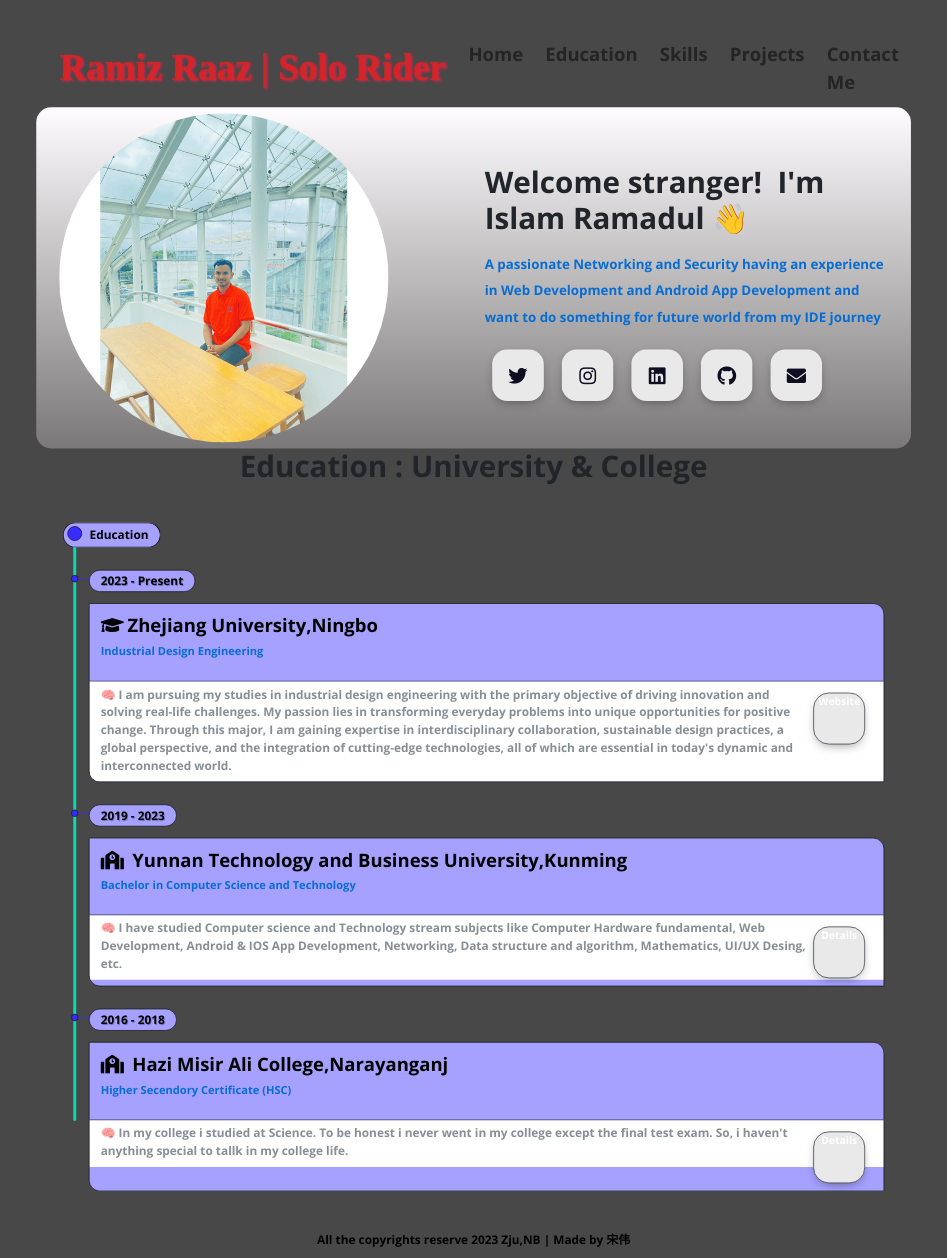
Repository: ramizraaz/ZjuProtfolio
Page: index.html
An editor plug-in stored every save of this project. The page is shown before and after the next save, followed by the edit.
The browser window is 1280 px wide. The pictures show the whole page, at 74% of full size.
Some web fonts or font styles are not loaded; a fallback is used. Some web libraries are served in a nearby version.

Above is the page before, as saved 2023-10-08 18:42:41.

### index.html
<!DOCTYPE html>
<html lang="en" dir="ltr">

<head>
    <meta charset="utf-8">
    <meta name="viewport" content="width=device-width,initial-scale=1">
    <title>宋伟's Profile | Personal website</title>
    <link rel="icon" href="Image/RR.png">
    <link rel="stylesheet" href="https://stackpath.bootstrapcdn.com/bootstrap/4.5.0/css/bootstrap.min.css" integrity="sha384-9aIt2nRpC12Uk9gS9baDl411NQApFmC26EwAOH8WgZl5MYYxFfc+NcPb1dKGj7Sk" crossorigin="anonymous">
    <link rel="stylesheet" href="style.css">
    <link href="https://fonts.googleapis.com/css2?family=Arizonia&family=Montserrat:wght@400;800&display=swap" rel="stylesheet">
    <link href="https://fonts.googleapis.com/css2?family=Open+Sans:wght@700&display=swap" rel="stylesheet">
    <link rel="stylesheet" href="https://use.fontawesome.com/releases/v5.4.1/css/all.css" />
    <link rel="stylesheet" href="https://cdnjs.cloudflare.com/ajax/libs/font-awesome/5.13.1/css/all.min.css">
    <script src="https://code.jquery.com/jquery-3.5.1.slim.min.js" integrity="sha384-DfXdz2htPH0lsSSs5nCTpuj/zy4C+OGpamoFVy38MVBnE+IbbVYUew+OrCXaRkfj" crossorigin="anonymous"></script>
    <script src="https://cdn.jsdelivr.net/npm/popper.js@1.16.0/dist/umd/popper.min.js" integrity="sha384-Q6E9RHvbIyZFJoft+2mJbHaEWldlvI9IOYy5n3zV9zzTtmI3UksdQRVvoxMfooAo" crossorigin="anonymous"></script>
    <script src="https://stackpath.bootstrapcdn.com/bootstrap/4.5.0/js/bootstrap.min.js" integrity="sha384-OgVRvuATP1z7JjHLkuOU7Xw704+h835Lr+6QL9UvYjZE3Ipu6Tp75j7Bh/kR0JKI" crossorigin="anonymous"></script>
</head>

<body class="container-fluid body_section">
    <header>
        <nav class="navbar navbar-expand-lg navbar-light ">
            <a class="navbar-brand brand-name" href="#">Ramiz Raaz | Solo Rider</a>
            <button class="navbar-toggler" type="button" data-toggle="collapse" data-target="#navbarSupportedContent" aria-controls="navbarSupportedContent" aria-expanded="false" aria-label="Toggle navigation">
                  <span class="navbar-toggler-icon"></span>
                </button>
            <div class="collapse navbar-collapse" id="navbarSupportedContent">
                <ul class="navbar-nav ml-auto">
                    <li class="nav-item">
                        <a class="nav-link headerachor" href="index.html">Home</a>
                    </li>

                    <li class="nav-item">
                        <a class="nav-link headerachor" href="#Education">Education</a>
                    </li>
                    <li class="nav-item">
                        <a class="nav-link headerachor" href="">Skills</a>
                    </li>
                    <li class="nav-item">
                        <a class="nav-link headerachor" href="">Projects</a>
                    </li>
                    <li class="nav-item">
                        <a class="nav-link headerachor" href="">Contact Me</a>
                    </li>
                </ul>
        </nav>
    </header>
    <!-- Intro Section -->
    <section id="Home">
        <div class="row column1">
            <div class="col-lg-6 col-md-6 first-image">
                <img class="boyimage" src="img/me.gif" alt="">
            </div>
            <div class="col-lg-6 section-1">
                <h1 class="Hello">Welcome stranger!&nbsp&nbspI'm Islam Ramadul <span class="wave">👋</span></h1>
                <p>A passionate Networking and Security having an experience in Web Development and Android App Development and want to do something for future world from my IDE journey</p>
                <div class=social_media_icon>
                    <a class="btn" href="https://twitter.com/ramiz_raaz" target=_blank>
                        <i class="fab fa-twitter"></i>
                    </a>
                    <a class="btn" href="https://www.instagram.com/ramiz_raaz/" target=_blank>
                        <i class="fab fa-instagram"></i>
                    </a>
                    <a class="btn" href="https://www.linkedin.com/" target=_blank>
                        <i class="fab fa-linkedin" aria-hidden="true"></i>
                    </a>
                    <a class="btn" href="https://github.com/ramizraaz" target=_blank>
                        <i class="fab fa-github"></i>
                    </a>
                    <a class="btn" href="mailto:romiz.romeo.raaz@gmail.com/" target=_blank>
                        <i class="fa fa-envelope"></i>
                    </a>
                </div>
            </div>
    </section>
    <!-- Education Section -->
    <section id="Education">
        <div class="container">
            <div class="Heading">
                <h1>Education : University & College</h1>
                <br>
            </div>
            <div class="timeline">
                <div class="timeline-month">
                    Education
                </div>
                <div class="timeline-section">
                    <div class="timeline-date">
                        2023 - Present
                    </div>
                    <div class="row">
                        <div class="col-lg">
                            <div class="timeline-box">
                                <div class="box-title">
                                    <i class="fas fa-graduation-cap" aria-hidden="true"></i>Zhejiang University,Ningbo
                                    <p class="degree">Industrial Design Engineering</p>
                                </div>
                                <div class="box-content">
                                    <a class="btn btn-sm btn-dark float-right" role="button" href="https://www.zju.edu.cn/english/" target=_blank style="color: white;">Website</a>
                                    <div class="box-item">🧠 I am pursuing my studies in industrial design engineering with the primary objective of driving innovation and solving real-life challenges. My passion lies in transforming everyday problems into unique opportunities
                                        for positive change. Through this major, I am gaining expertise in interdisciplinary collaboration, sustainable design practices, a global perspective, and the integration of cutting-edge technologies, all of which
                                        are essential in today's dynamic and interconnected world.</div>
                                </div>
                            </div>
                        </div>
                    </div>
                </div>

                <div class="timeline-section">
                    <div class="timeline-date">
                        2019 - 2023
                    </div>
                    <div class="row">
                        <div class="col-lg">
                            <div class="timeline-box">
                                <div class="box-title">
                                    <i class="fas fa-school" aria-hidden="true"></i> Yunnan Technology and Business University,Kunming
                                    <p class="degree">Bachelor in Computer Science and Technology</p>
                                </div>
                                <div class="box-content">
                                    <a class="btn btn-sm btn-dark float-right" role="button" style="color: white;">Details</a>
                                    <div class="box-item">🧠 I have studied Computer science and Technology stream subjects like Computer Hardware fundamental, Web Development, Android & IOS App Development, Networking, Data structure and algorithm, Mathematics, UI/UX Desing,
                                        etc.
                                    </div>

                                </div>
                            </div>
                        </div>
                    </div>
                </div>

                <div class="timeline-section">
                    <div class="timeline-date">
                        2016 - 2018
                    </div>
                    <div class="row">
                        <div class="col-lg">
                            <div class="timeline-box">
                                <div class="box-title">
                                    <i class="fas fa-school" aria-hidden="true"></i> Hazi Misir Ali College,Narayanganj
                                    <p class="degree"> Higher Secendory Certificate (HSC)</p>
                                </div>
                                <div class="box-content">
                                    <a class="btn btn-sm btn-dark float-right" role="button" style="color: white;">Details</a>
                                    <div class="box-item">🧠 In my college i studied at Science. To be honest i never went in my college except the final test exam. So, i haven't anything special to tallk in my college life.</div>
                                    <div class="box-item"><b>

                                </div>
                            </div>
                        </div>
                    </div>
                </div>
            </div>
        </div>
    </section>

    </form>
    <footer class=footer>All the copyrights reserve 2023 Zju,NB | Made by 宋伟</footer>
</body>

</html>

### style.css
body {
    font-family: 'Open Sans', sans-serif;
    margin: 0;
    background: #b1adad;
    animation: pulse 10s infinite;
}

@keyframes pulse {
    0% {
        background: #F2F2F2;
    }
    10% {
        background: #FFFFFF;
    }
    20% {
        background: #d6d6d6e2;
        ;
    }
    30% {
        background: #acacacd8;
    }
    40% {
        background: #6b6b6bcf;
    }
    50% {
        background: #484848;
    }
    60% {
        background: #292929c8;
    }
    70% {
        background: #2f2e2ebc;
    }
    80% {
        background: #242424bb;
    }
    90% {
        background: #1e1e1ef7;
    }
    100% {
        background: #a6a6a6;
    }
}

.body_section {
    padding: 3% 5% 1%;
}

p {
    font-size: 18px;
}

a {
    text-decoration: none;
}

@font-face {
    font-family: "Lovely Home";
    src: local('Lovely Home'), url("Image/LovelyHome-9aBZ.ttf") format('truetype');
}

.brand-name,
.navbar-light .navbar-brand {
    font-family: "Lovely Home";
    font-size: 50px;
    font-weight: bold;
    color: #d72525e4;
    text-shadow: 2px 2px 4px #e71f4a;
}

.headerachor {
    margin: 0 7px 0 7px;
    border-radius: 15px;
    font-size: 25px;
}

.headerachor:hover {
    background-color: #ffffff82;
}


/* Section 1 */

.column1 {
    background-image: linear-gradient(#fefcfe, #7a7878);
    padding: 8px 16px;
    border-radius: 20px;
}

.section-1 {
    margin-top: 6%;
    text-align: left;
    position: relative;
}

span.wave {
    animation-name: wave-animation;
    animation-duration: 2.5s;
    animation-iteration-count: infinite;
    transform-origin: 70% 70%;
    display: inline-block;
}

@keyframes wave-animation {
    0% {
        transform: rotate( 0.0deg)
    }
    10% {
        transform: rotate(-10.0deg)
    }
    20% {
        transform: rotate( 12.0deg)
    }
    30% {
        transform: rotate(-10.0deg)
    }
    40% {
        transform: rotate( 9.0deg)
    }
    50% {
        transform: rotate( 0.0deg)
    }
    100% {
        transform: rotate( 0.0deg)
    }
}

.boyimage {
    height: 445px;
    border-radius: 50%;
}

@media only screen and (max-width: 1183px) {
    .first-image {
        right: 160px;
    }
}

.Image-boy {
    text-align: center;
    align-items: center;
}

@media only screen and (min-width:951px) {
    .Image-boy {
        display: none;
    }
}

.Hello {
    margin-bottom: 20px;
}

p {
    line-height: 2;
    color: #076dd3;
}

.btn {
    display: inline-block;
    width: 4.37rem;
    height: 4.37rem;
    background: #e9e9e9;
    padding: 0px 0px;
    margin: 10px;
    border-radius: 30%;
    box-shadow: 0 5px 15px -5px #00000070;
    color: #0f0d20;
    overflow: hidden;
    position: relative;
}

.btn i {
    line-height: 70px;
    font-size: 1.625rem;
    transition: 0.2s linear;
}

.btn:hover i {
    transform: scale(1.3);
    color: #f1f1f1;
}

.btn::before {
    content: "";
    position: absolute;
    width: 120%;
    height: 120%;
    background: #46088d;
    transform: rotate(45deg);
    left: -110%;
    top: 90%;
}

.btn:hover::before {
    animation: aaa 0.7s 1;
    top: -10%;
    left: -10%;
}

@media only screen and (max-width:470px) {
    .btn {
        width: 2.5rem;
        height: 2.5rem;
        margin: 7px;
    }
    .btn i {
        line-height: 40px;
        font-size: 1em;
    }
}


/* Education CSS */

.Heading {
    text-align: center;
}

.timeline {
    margin-top: 20px;
    position: relative;
}

.timeline:before {
    position: absolute;
    content: '';
    width: 4px;
    height: calc(100% - 100px);
    background: #08ddaf;
    left: 14px;
    top: 5px;
    border-radius: 4px;
}

.timeline-month {
    color: black;
    position: relative;
    padding: 4px 15px 4px 35px;
    background-color: #a6a1ff;
    display: inline-block;
    width: auto;
    border-radius: 40px;
    border: 1px solid #17191B;
    border-right-color: black;
    margin-bottom: 30px;
}

.timeline-month span {
    position: absolute;
    top: -1px;
    left: calc(100% - 100px);
    z-index: -1;
    white-space: nowrap;
    display: inline-block;
    background-color: #111;
    padding: 4px 10px 4px 20px;
    border-top-right-radius: 40px;
    border-bottom-right-radius: 40px;
    border: 1px solid black;
    box-sizing: border-box;
}

.timeline-month:before {
    position: absolute;
    content: '';
    width: 20px;
    height: 20px;
    background: #362CFF;
    border-radius: 100%;
    border: 1px solid #17191B;
    left: 5px;
}

.timeline-section {
    padding-left: 35px;
    display: block;
    position: relative;
    margin-bottom: 30px;
}

.timeline-date {
    margin-bottom: 15px;
    padding: 2px 15px;
    background: #a6a1ff;
    position: relative;
    display: inline-block;
    border-radius: 20px;
    border: 1px solid #17191B;
    color: black;
    text-shadow: 1px 1px 1px rgba(0, 0, 0, 0.3);
}

.timeline-section:before {
    content: '';
    position: absolute;
    width: 30px;
    height: 1px;
    background-color: #362CFF;
    top: 12px;
    left: 20px;
}

.timeline-section:after {
    content: '';
    position: absolute;
    width: 10px;
    height: 10px;
    background: #362CFF;
    top: 7px;
    left: 11px;
    border: 1px solid #17191B;
    border-radius: 100%;
}

.timeline-box {
    position: relative;
    color: black;
    background-color: #a6a1ff;
    border-radius: 15px;
    border-top-left-radius: 0px;
    border-bottom-right-radius: 0px;
    border: 1px solid #17191B;
    transition: all 0.3s ease;
    overflow: hidden;
}

.box-icon {
    position: absolute;
    right: 5px;
    top: 0px;
}

.box-title {
    padding: 10px 15px;
    font-size: 25px;
    border-bottom: 1px solid #17191B;
}

.degree {
    font-size: 15px;
}

.box-title i {
    margin-right: 5px;
}

.box-content {
    padding: 5px 15px;
    background-color: white;
}

.box-item {
    margin-bottom: 5px;
    color: #868e96;
    font-weight: 400;
}

.certificate {
    padding-top: 20px;
}

.certificate-text {
    text-align: center;
}

.box-shadow {
    box-shadow: 5px 5px 5px #d9dbdf;
}

footer {
    padding-top: 2%;
    color: #000000;
    text-align: center;
}

After the next save:
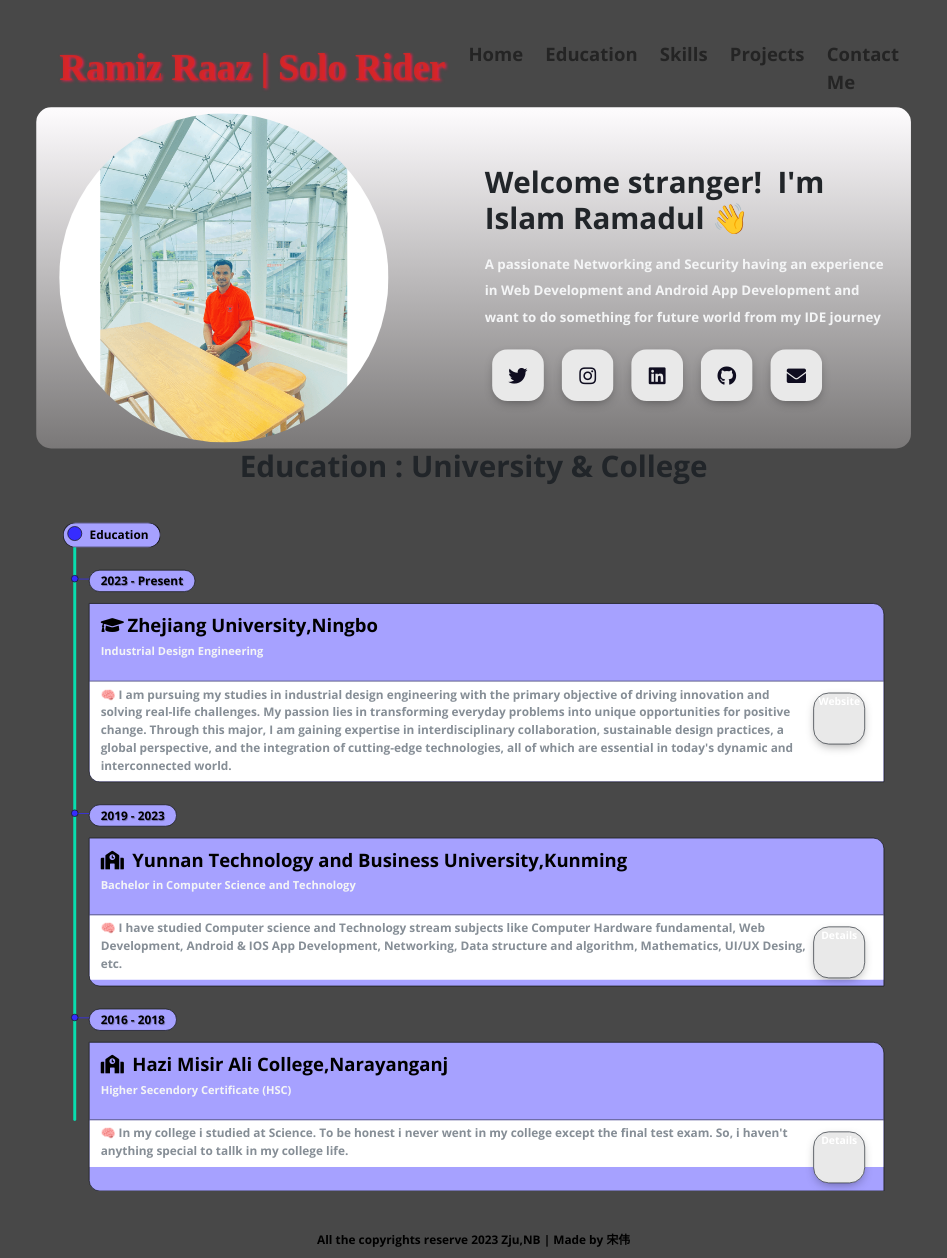
Saved 10 s later.
--- a/style.css
+++ b/style.css
@@ -153,7 +153,7 @@
 
 p {
     line-height: 2;
-    color: #076dd3;
+    color: #f4f5f6;
 }
 
 .btn {
